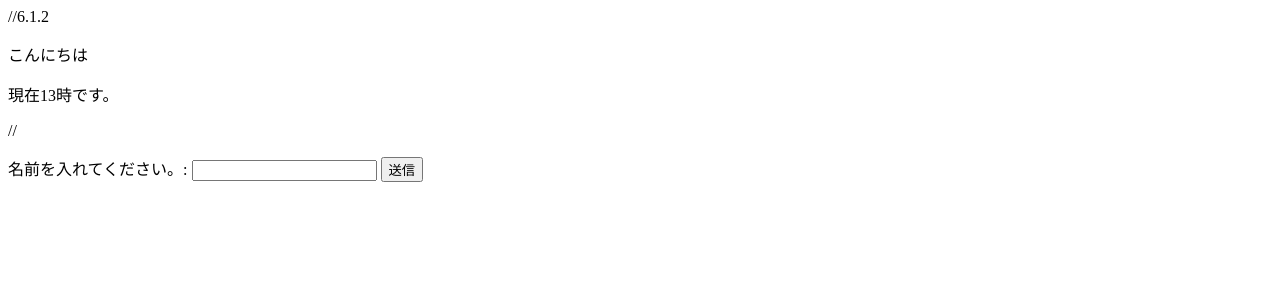
Repository: yutanoda/php_book
Page: http://localhost/chapter6/lib.php
The author's editor kept a record of every edit. The page is drawn from the files as they stood at one moment, then again after the next edit.
The browser window is 1280 px wide. The pictures show the whole page.
The page is run by PHP 8.4 with error messages shown; the project is at /var/www/html/.

Above is the page before.

After the next edit:
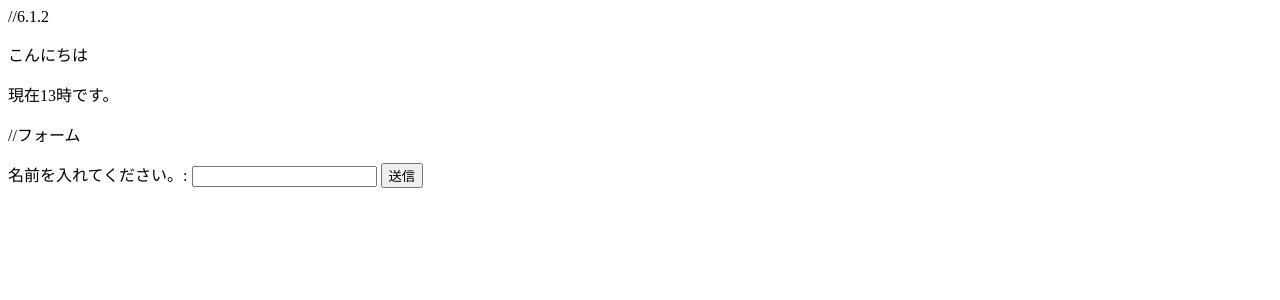
The edit:
--- a/chapter6/lib.php
+++ b/chapter6/lib.php
@@ -14,7 +14,7 @@
     </body>
 </html>
 
-//
+//フォーム
 
 <html>
     <body>
